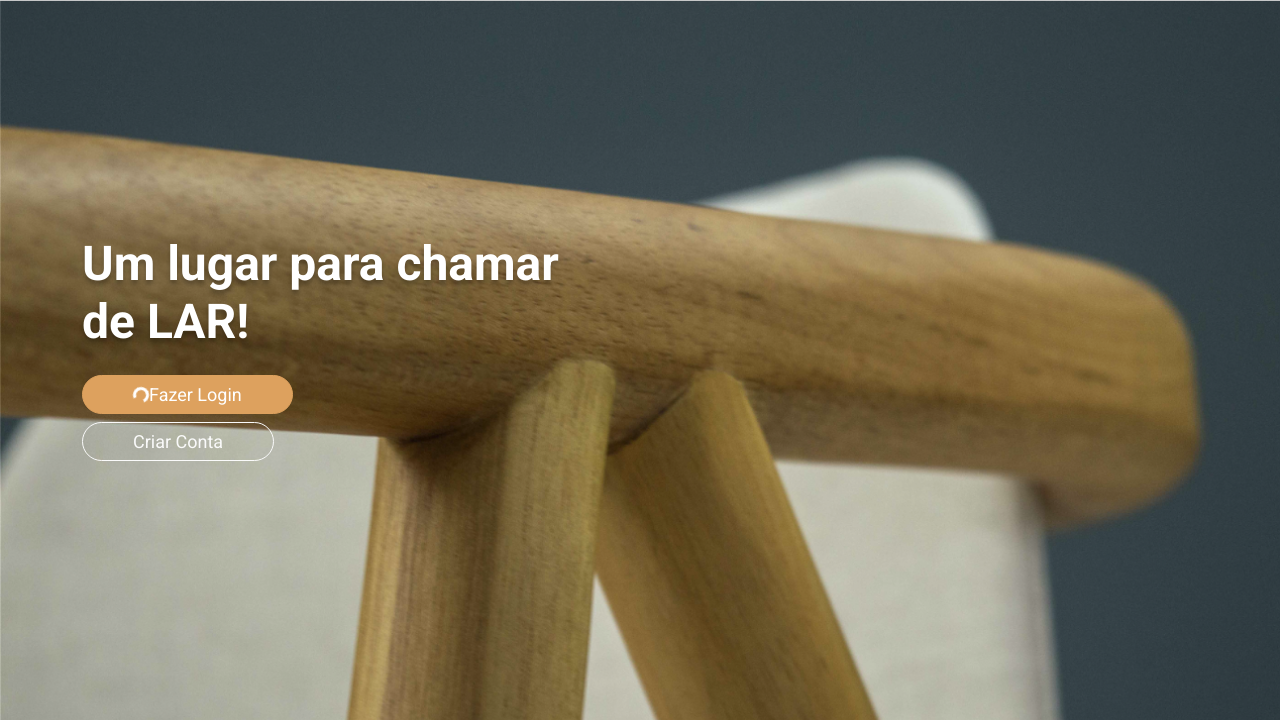
Repository: telesbp/Projeto-4-e-Projeto-5
Page: / (app in front-end/)
The author's editor kept a copy of each file at every save. The page is drawn from the files as they stood at one save, then again after the next save.
The browser window is 1280 px wide. The pictures show the whole page.
The project was rebuilt for these pictures with package versions that can differ from the ones it lists, and the page was loaded fresh each time.

Above is the page before, as saved 2022-07-17 16:25:10.

After the next save:
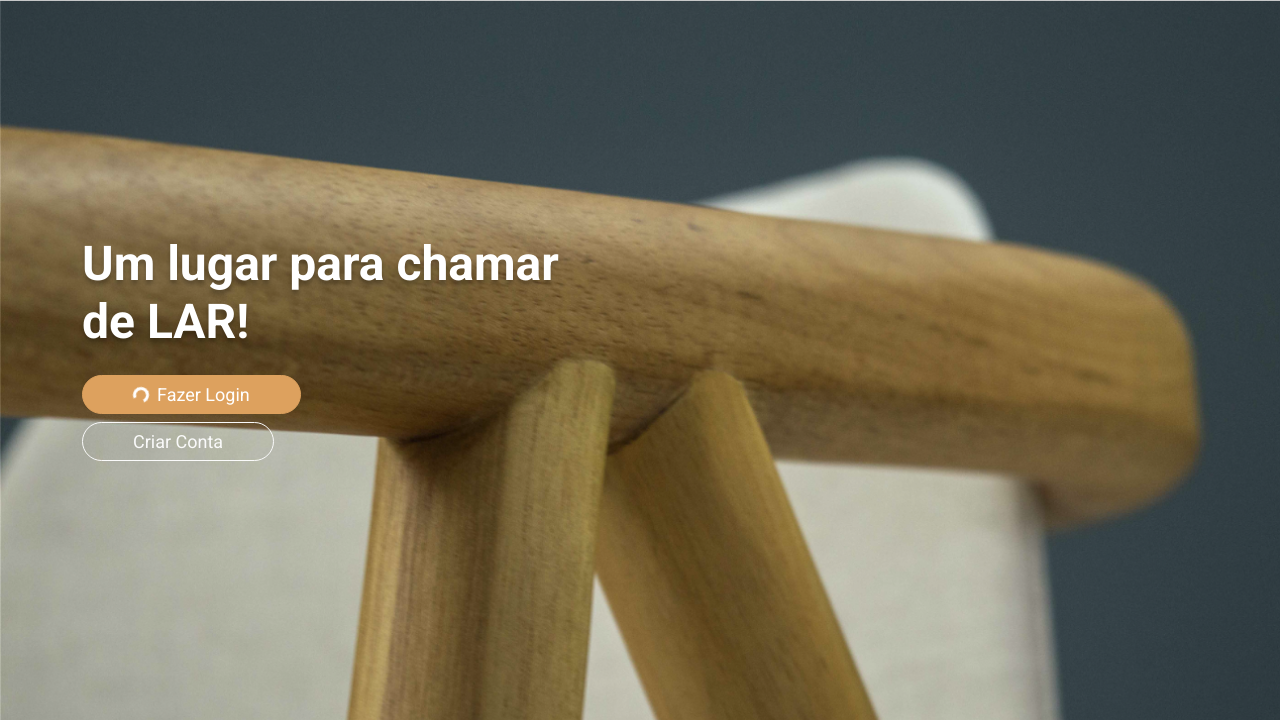
Saved 19 s later.
--- a/front-end/src/components/CustomButton/index.tsx
+++ b/front-end/src/components/CustomButton/index.tsx
@@ -9,7 +9,7 @@ export function CustomButton({children, loading, ...otherProps}: Props) {
     return(
         <ButtonStyled {...otherProps}>
             {loading && (
-                <Spinner animation="border" role="status" size="sm">
+                <Spinner animation="border" role="status" size="sm" className="me-2">
                     <span className="visually-hidden">Carregando...</span>
                 </Spinner>
             )}
